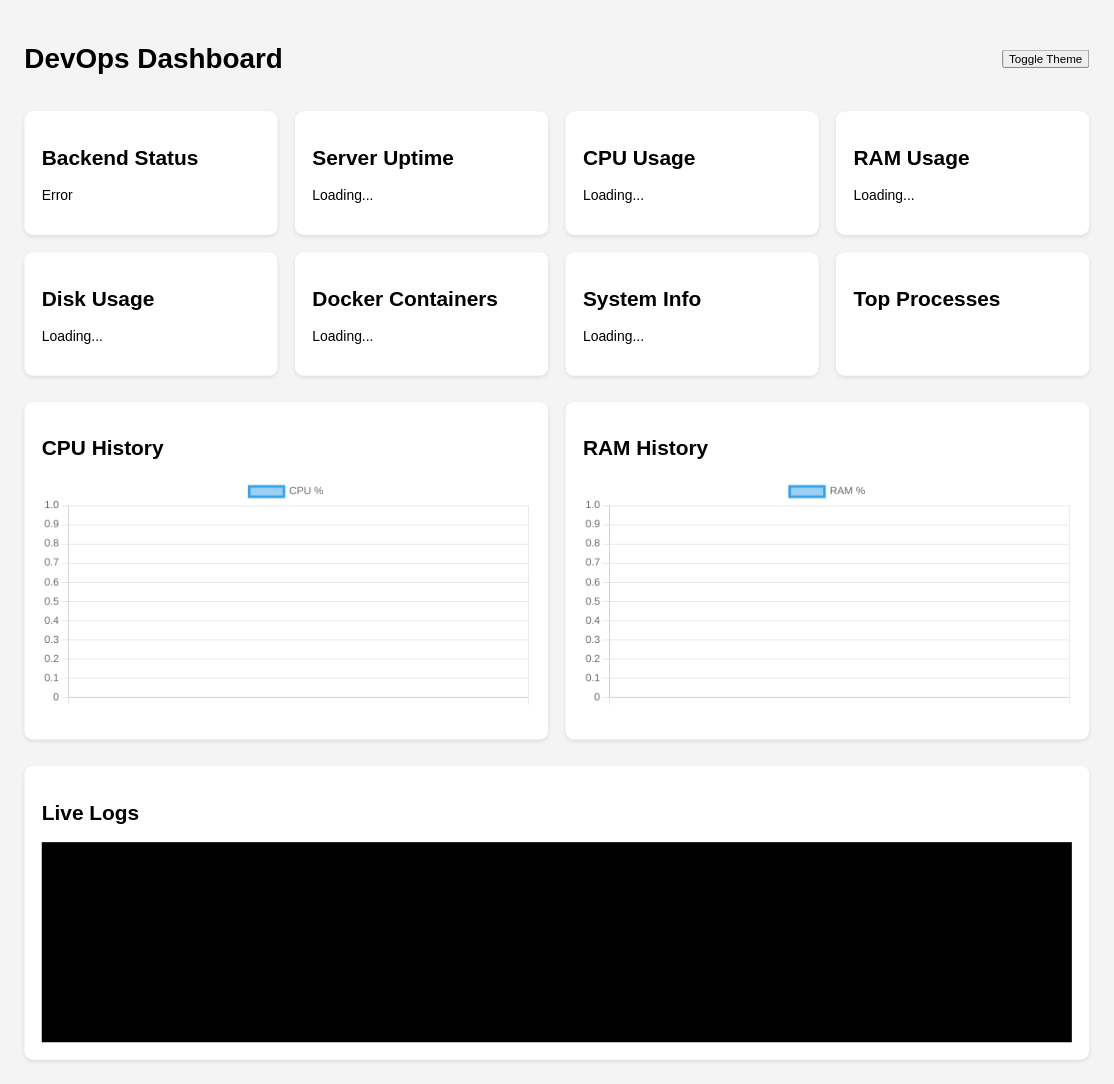
Repository: manoj-991/devops-dashboard
Page: frontend/index.html
The author's editor kept a copy of each file at every save. The page is drawn from the files as they stood at one save, then again after the next save.
The browser window is 1280 px wide. The pictures show the whole page, at 87% of full size.
The page's requests for data from a server got no answer.

Above is the page before, as saved 2026-05-23 19:31:54.

After the next save:
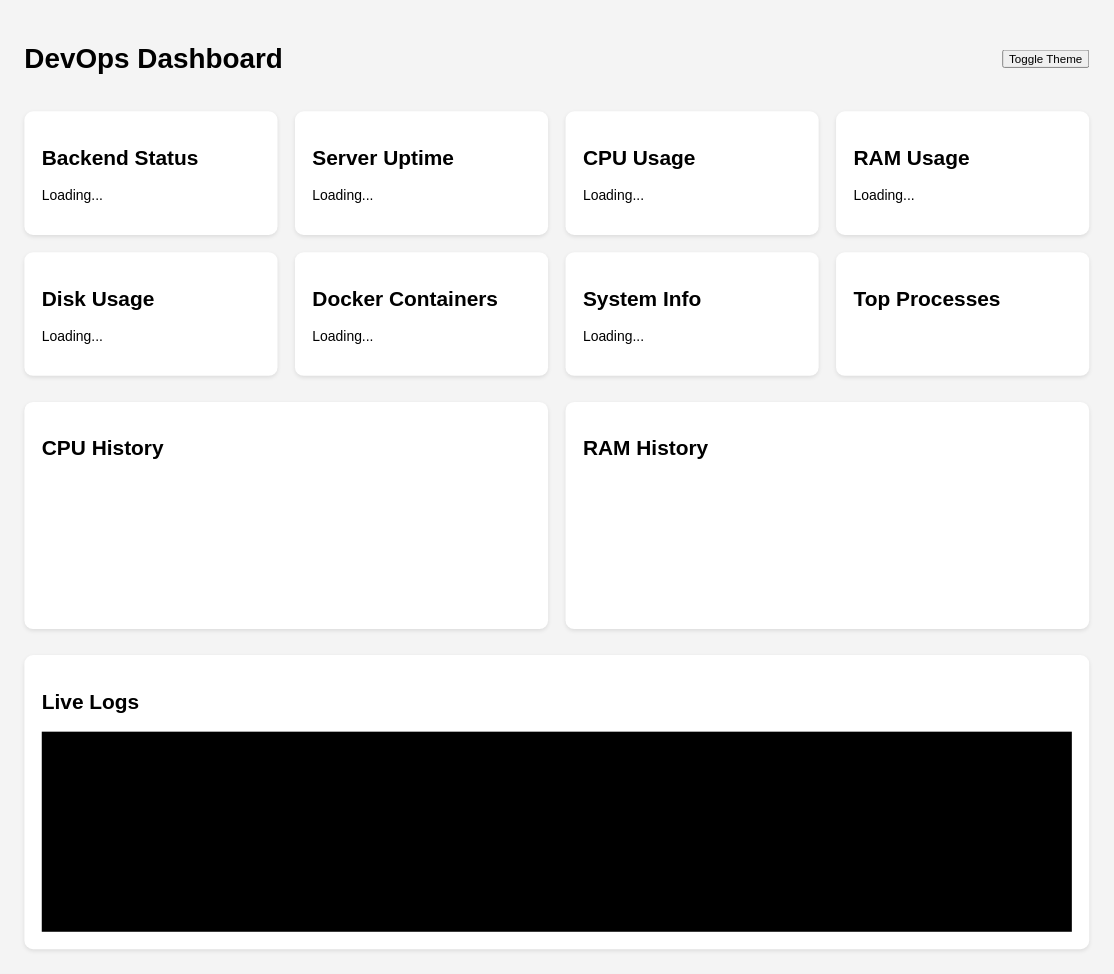
Console error: SyntaxError: Unexpected token 'try'
Saved 3 min 8 s later.
--- a/frontend/app.js
+++ b/frontend/app.js
@@ -147,75 +147,43 @@ async function loadDashboard() {
     try {
 
         const docker =
-            await fetchData("/api/docker");
+            try {
 
-        document.getElementById(
-            "docker-result"
-        ).innerHTML =
-            `
-Running: ${docker.running}<br>
-Stopped: ${docker.stopped}<br>
-Total: ${docker.total}
-`;
+    const containers =
+        await fetchData("/api/docker");
 
-    } catch { }
+    let html = "";
 
-    try {
+    containers.forEach(container => {
 
-        const system =
-            await fetchData("/api/system");
+        html += `
+        <div style="margin-bottom:15px">
 
-        document.getElementById(
-            "system-result"
-        ).innerHTML =
-            `
-${system.hostname}<br>
-${system.platform}
-`;
+            <strong>${container.name}</strong><br>
 
-    } catch { }
+            Image:
+            ${container.image}<br>
 
-    try {
+            State:
+            ${container.state}<br>
 
-        const processes =
-            await fetchData("/api/processes");
+            Status:
+            ${container.status}
 
-        let html = "";
+        </div>
+        `;
+    });
 
-        processes.forEach(proc => {
+    document.getElementById(
+        "docker-result"
+    ).innerHTML = html;
 
-            html += `
-<p>
-${proc.name}<br>
-CPU: ${proc.cpu.toFixed(2)}%
-</p>
-`;
-        });
+} catch {
 
-        document.getElementById(
-            "process-result"
-        ).innerHTML = html;
-
-    } catch { }
-
-    try {
-
-        const logs =
-            await fetchData("/api/logs");
-
-        document.getElementById(
-            "logs"
-        ).innerText = logs.logs;
-
-    } catch { }
-
-    labels.push("");
-
-    if (labels.length > 20)
-        labels.shift();
-
-    cpuChart.update();
-    ramChart.update();
+    document.getElementById(
+        "docker-result"
+    ).innerText =
+        "Docker Error";
 }
 
 loadDashboard();
